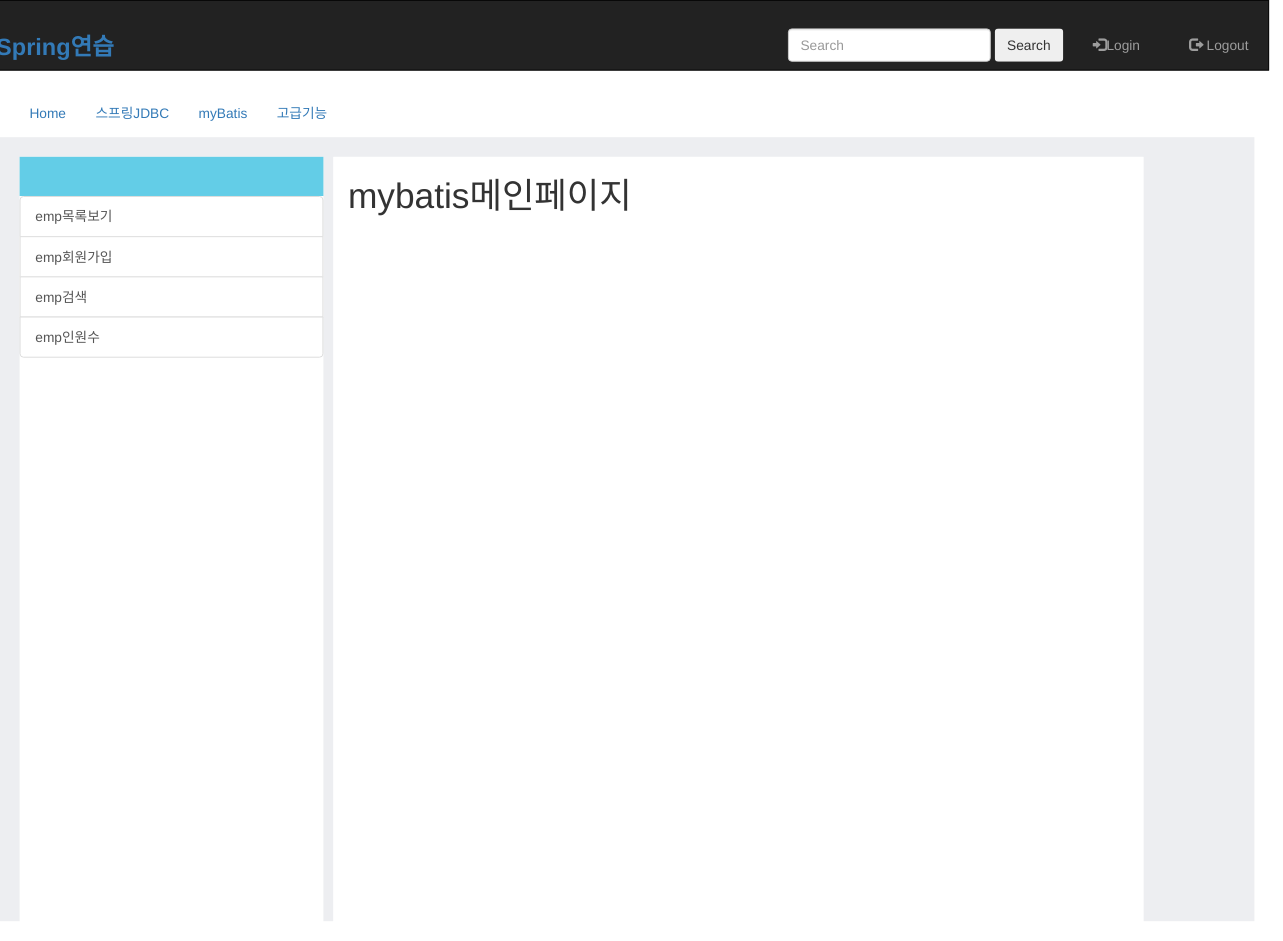
Repository: junes7/stswork
Page: http://localhost/springmvc/template/mybatisLayout.jsp
These files come from the project's save history. The page is drawn as it stood at one moment and after the next save; the edit follows.
The browser window is 1280 px wide. The page is 1309 px wide, so the pictures cover 1309 px, including what lies to the right of the window. The pictures show the whole page, at 98% of full size.
The page is served by Tomcat 9.

Above is the page before, as saved 2020-01-29 07:28:46.

After the next save:
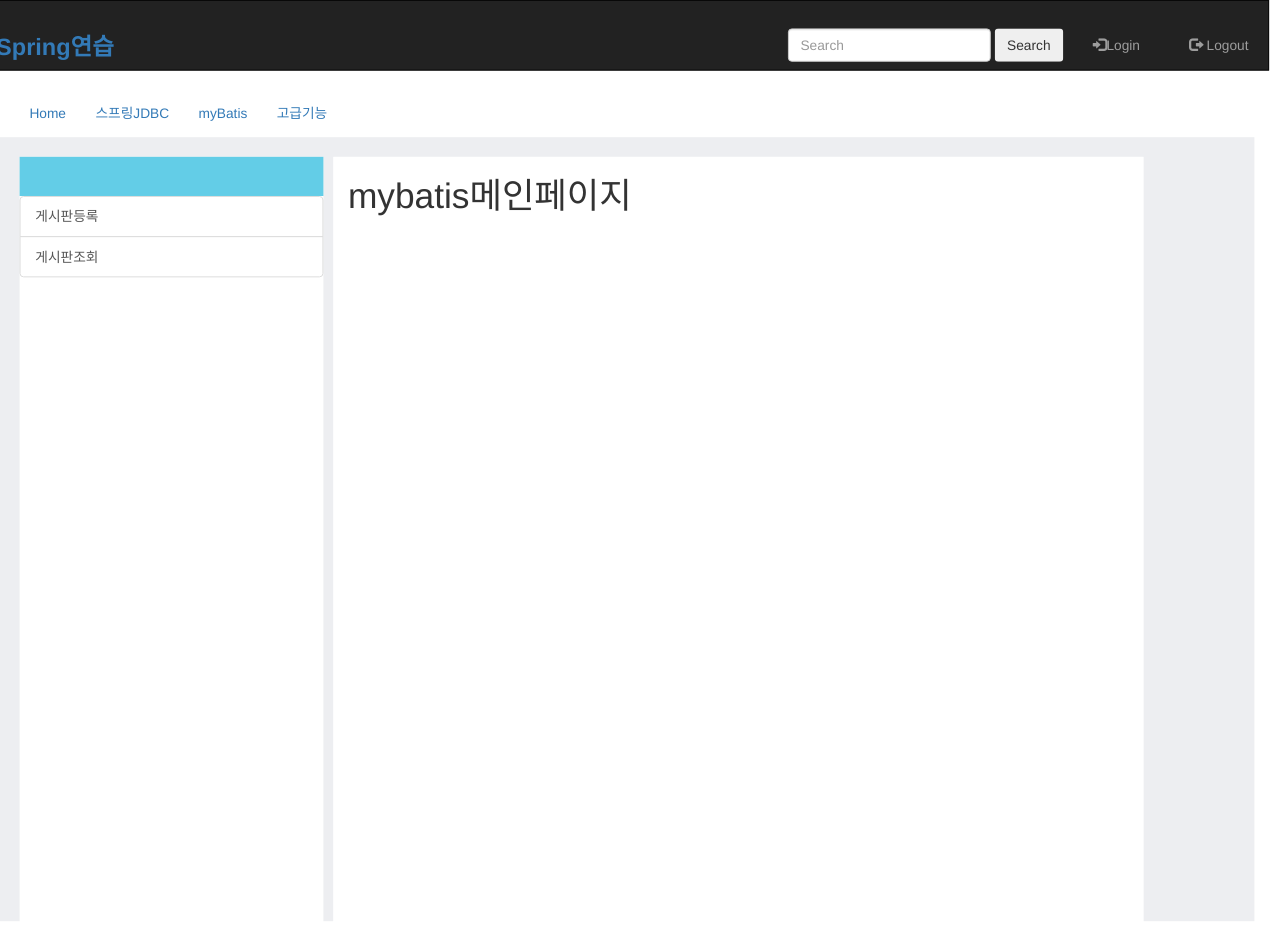
Saved 17 s later.
--- a/springmvc/WebContent/template/mybatisLayout.jsp
+++ b/springmvc/WebContent/template/mybatisLayout.jsp
@@ -38,7 +38,7 @@
 				<div style="border-color: white; height: 800px;">
 					<div
 						style="background-color: #63cde7; padding: 20px; font-family: HY-견고딕; font-size: 16pt; color: white; font-weight: bolder;"></div>
-					<jsp:include page="../menu/spring_jdbc.jsp" />
+					<jsp:include page="../menu/mybatis_menu.jsp" />
 				</div>
 			</div>
 			<div class="col-sm-8" style="background-color: white; height: 800px;">
